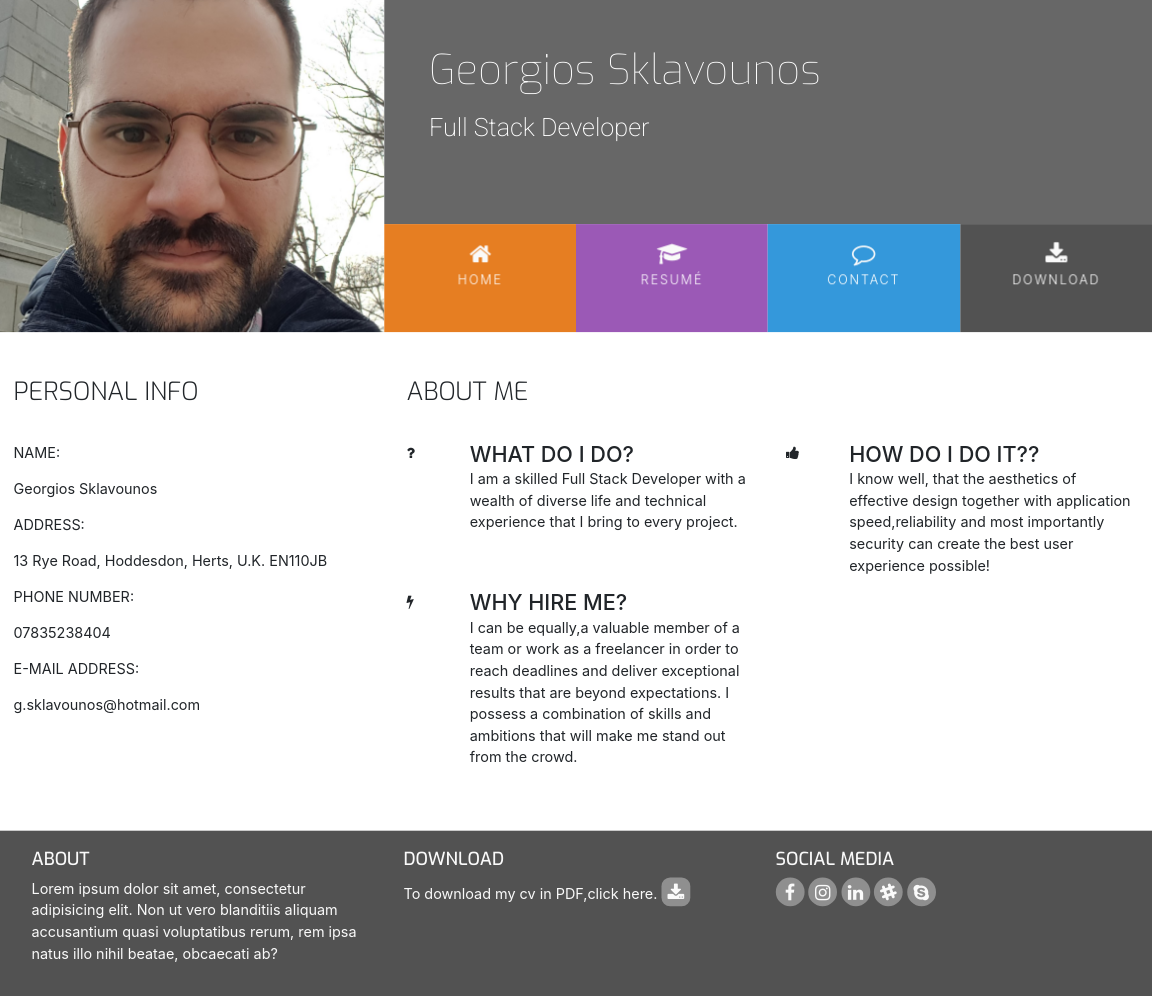
Repository: GeorgiosSklav/MyResume
Page: index.html
The author's editor kept a record of every edit. The page is drawn from the files as they stood at one moment, then again after the next edit.
The browser window is 1280 px wide. The page is 1295 px wide, so the pictures cover 1295 px, including what lies to the right of the window. The pictures show the whole page, at 90% of full size.

Above is the page before.

After the next edit:
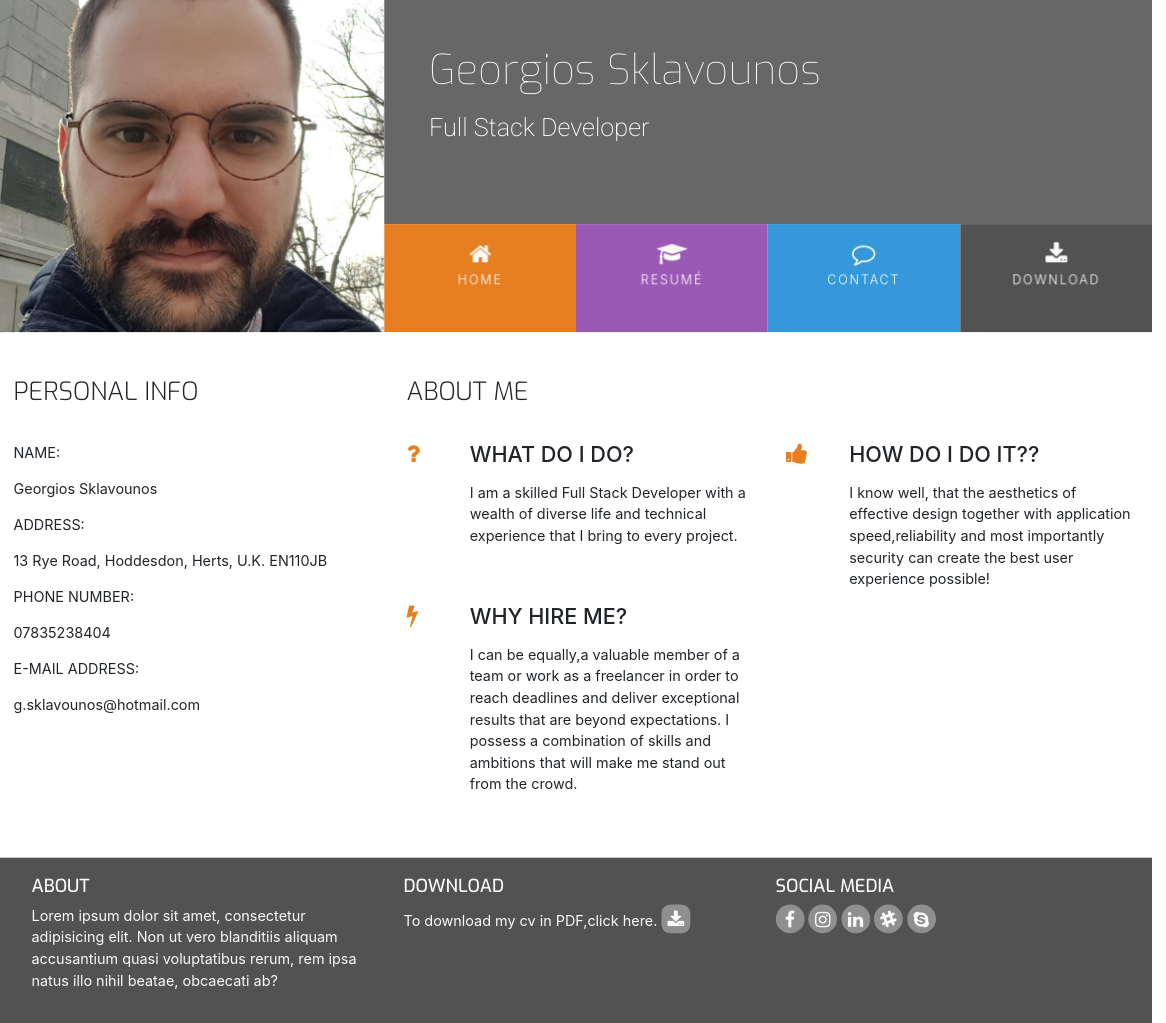
The edit:
--- a/assets/css/style.css
+++ b/assets/css/style.css
@@ -225,3 +225,11 @@ footer {
 #footer-details {
     padding: 20px;
 }
+/*----------------------three-reasons*/
+.three-reasons-icon{
+    font-size: 26px;
+    color: #e67e22;
+}
+.three-reason-heading {
+    margin-bottom: 15px;
+}
